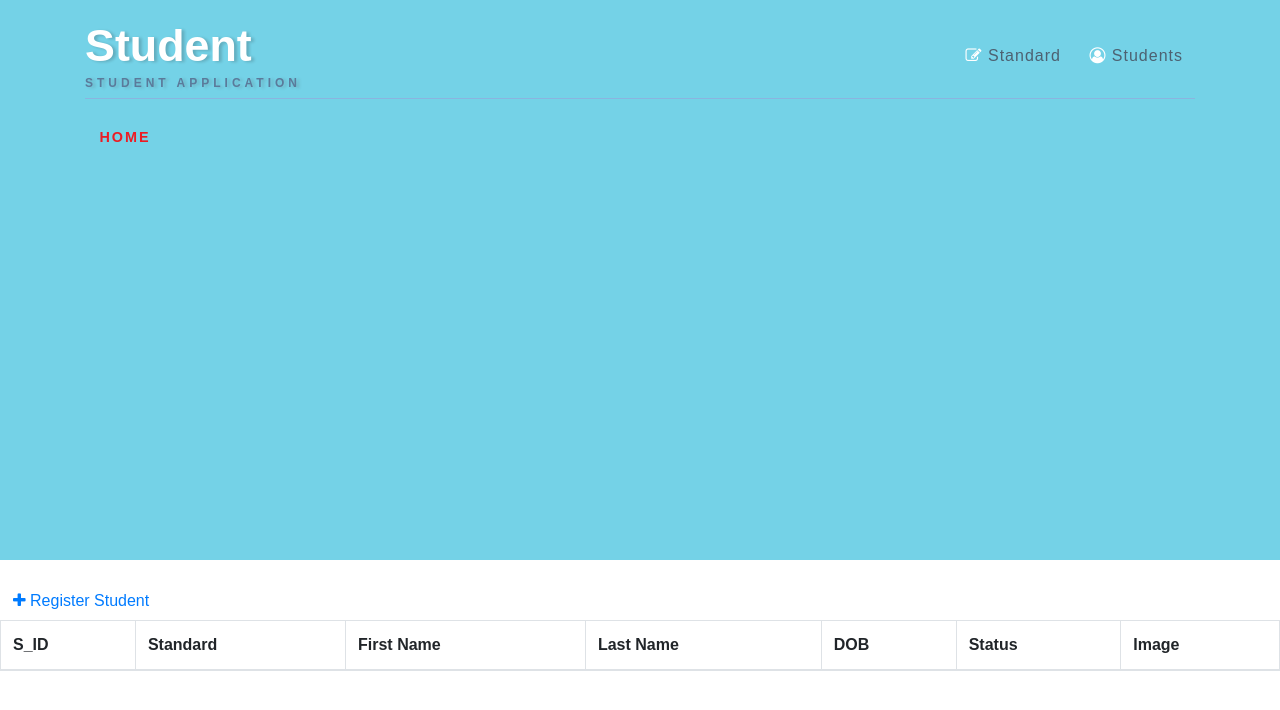
Repository: PallaviMadiya/Java-Framework-
Page: http://localhost/StudentApplication/student.jsp
These files come from the project's save history. The page is drawn as it stood at one moment and after the next save; the edit follows.
The browser window is 1280 px wide. The pictures show the whole page.
Some web fonts or font styles are not loaded; a fallback is used. The page is served by Tomcat 9. Queries for data that is not in the repository find no rows.

Above is the page before, as saved 2023-10-18 09:13:00.

After the next save:
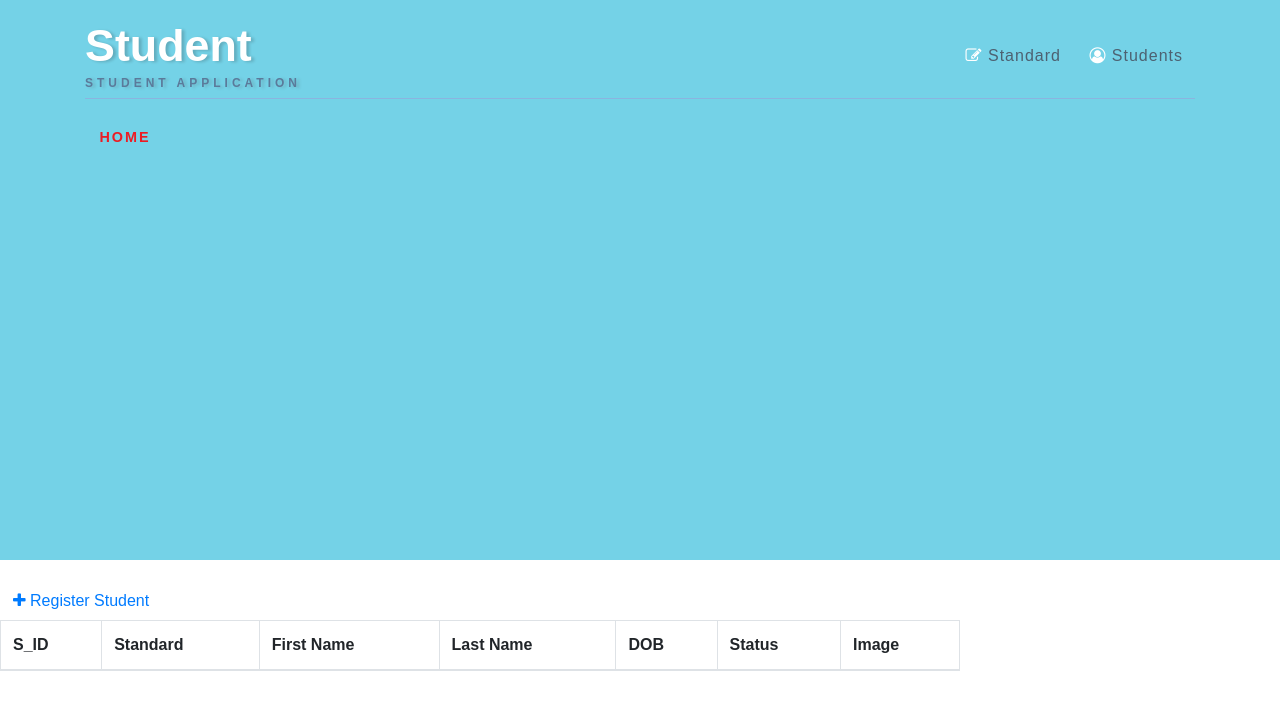
Saved 8 s later.
--- a/StudentApplication/src/main/webapp/student.jsp
+++ b/StudentApplication/src/main/webapp/student.jsp
@@ -19,7 +19,7 @@
     </div>
 	<%List<Student> list = StudentDao.getStudentList(); %>
 
-	<table class="table table-bordered" style="width:75 %;" >
+	<table class="table table-bordered" style="width:75%;" >
   <thead>
     <tr>
       <th scope="col">S_ID</th>

After the save that followed:
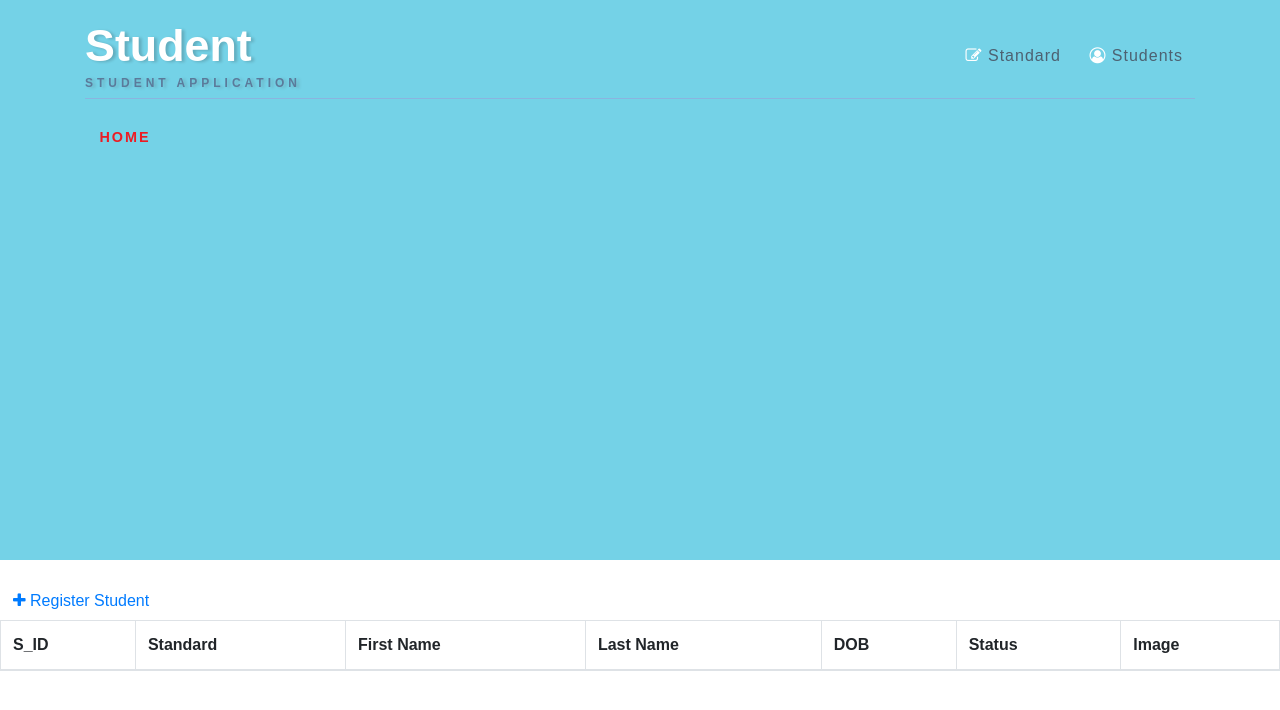
Saved 12 s later.
--- a/StudentApplication/src/main/webapp/student.jsp
+++ b/StudentApplication/src/main/webapp/student.jsp
@@ -19,7 +19,7 @@
     </div>
 	<%List<Student> list = StudentDao.getStudentList(); %>
 
-	<table class="table table-bordered" style="width:75%;" >
+	<table class="table table-bordered" style="left-margin:50px; " >
   <thead>
     <tr>
       <th scope="col">S_ID</th>
